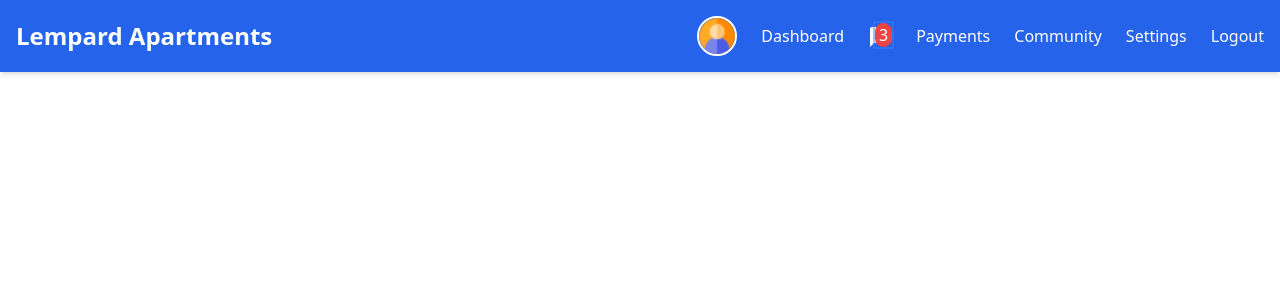
Repository: makanda596/system
Page: /home (app in client/)
The author's editor kept a copy of each file at every save. The page is drawn from the files as they stood at one save, then again after the next save.
The browser window is 1280 px wide. The pictures show the whole page.
The project was rebuilt for these pictures with package versions that can differ from the ones it lists, and the page was loaded fresh each time. Also part of the build but not shown: client/src/SignUpForm.jsx, client/src/LoginForm.jsx. Imported but missing from the stored project, and not drawn on this page: client/src/reportWebVitals.

Above is the page before, as saved 2024-12-03 09:32:25.

After the next save:
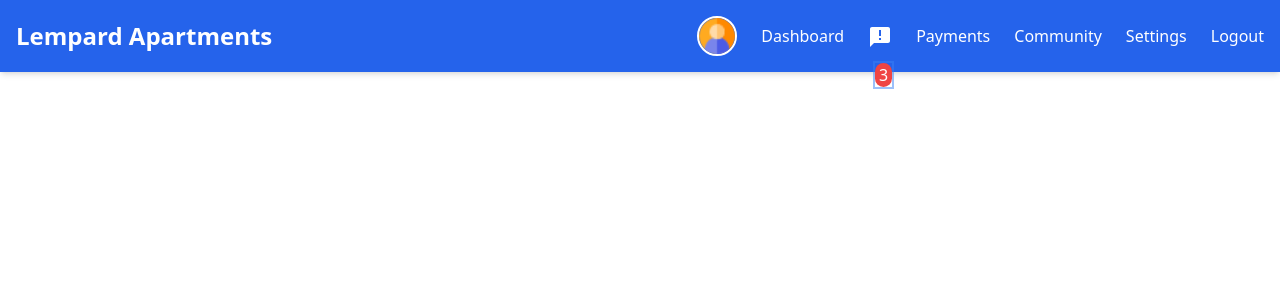
Saved 6 s later.
--- a/client/src/componets/Navbar.jsx
+++ b/client/src/componets/Navbar.jsx
@@ -29,7 +29,7 @@
                     {/* Dashboard Link */}
                     <Link to="/dashboard" className="hover:text-blue-300">Dashboard</Link>
                     <div className="relative">
-                        <span className="absolute top--10 right-0 inline-block   ring-2 ">
+                        <span className="absolute top-10 right-0 inline-block   ring-2 ">
                             {alert > 0 ? <p className='bg-red-500 rounded-full w-4.5 h-4.5 px-1'>{alert} </p> : <p className='bg-green-500 ring-green'>0</p>}
                         </span>
                         <AnnouncementIcon />

After the save that followed:
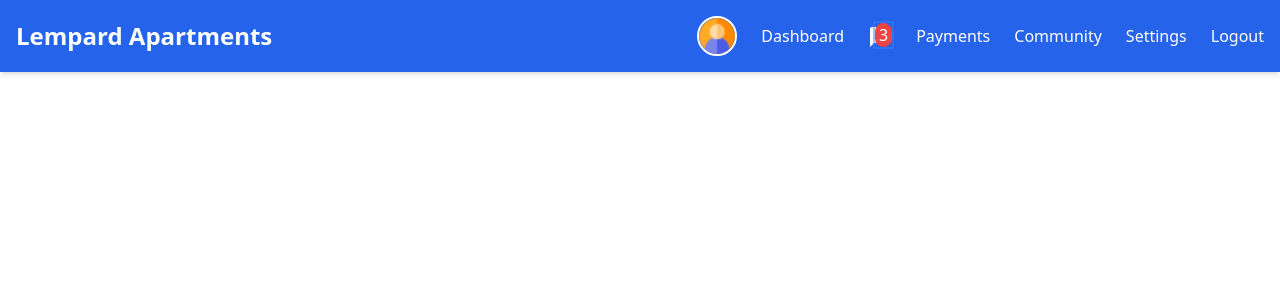
Saved 11 s later.
--- a/client/src/componets/Navbar.jsx
+++ b/client/src/componets/Navbar.jsx
@@ -29,7 +29,7 @@
                     {/* Dashboard Link */}
                     <Link to="/dashboard" className="hover:text-blue-300">Dashboard</Link>
                     <div className="relative">
-                        <span className="absolute top-10 right-0 inline-block   ring-2 ">
+                        <span className="absolute top--2 right-0 inline-block   ring-2 ">
                             {alert > 0 ? <p className='bg-red-500 rounded-full w-4.5 h-4.5 px-1'>{alert} </p> : <p className='bg-green-500 ring-green'>0</p>}
                         </span>
                         <AnnouncementIcon />
